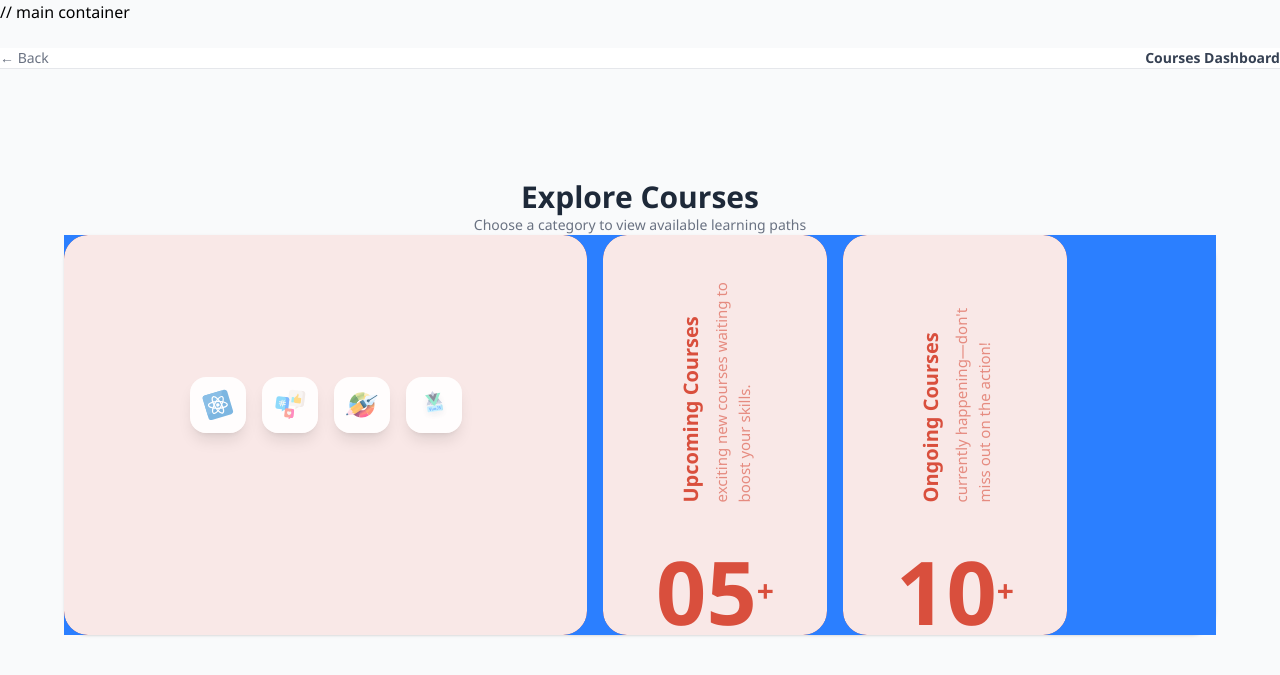
Repository: RahulRajKhadka/nextjs-dashboard-app
Page: /task2
The author's editor kept a copy of each file at every save. The page is drawn from the files as they stood at one save, then again after a run of saves.
The browser window is 1280 px wide. The pictures show the whole page.
The project was rebuilt for these pictures with package versions that can differ from the ones it lists, and the page was loaded fresh each time. The framework's server and built-in components were replaced by stand-ins that run in the browser. Also part of the build but not shown: next.config.ts.

Above is the page before, as saved 2026-04-10 15:48:03.

### src/app/layout.tsx
import type { Metadata } from "next";
import "./globals.css";

export const metadata: Metadata = {
  title: "SkillShikshya Tasks",
  description: "Frontend & Logical Tasks",
};

export default function RootLayout({
  children,
}: {
  children: React.ReactNode;
}) {
  return (
    <html lang="en">
      <body>{children}</body>
    </html>
  );
}

### src/app/task2/page.tsx
"use client";
import dynamic from "next/dynamic";
import Link from "next/link";

const CourseCards = dynamic(() => import("@/components/task2/CourseCards"), {
  loading: () => (
    <div className="flex items-center justify-center h-[300px] text-gray-400 text-sm">
      Loading courses...
    </div>
  ),
  ssr: false,
});

export default function Task2Page() {
  return (
    <main className="min-h-screen bg-gray-50 flex flex-col gap-6 "> // main container

      {/* Top Bar */}
      <div className="flex items-center justify-between px-6 md:px-10 py-4 border-b border-gray-200 bg-white">
        <Link
          href="/"
          className="text-sm text-gray-500 hover:text-gray-900 transition-colors"
        >
          ← Back
        </Link>

        <span className="text-sm font-semibold text-gray-700">
          Courses Dashboard
        </span>
      </div>

      {/* Centered Content */}
      <div className="flex-1 flex items-center justify-center px-4 py-10">

        <div className="w-full max-w-6xl">

          {/* Heading */}
          <div className="mb-8 text-center mt-10">
            <h1 className="text-3xl font-bold text-gray-800">
              Explore Courses
            </h1>
            <p className="text-gray-500 text-sm mt-2">
              Choose a category to view available learning paths
            </p>
          </div>

          {/* Cards */}
          <div className="bg-white rounded-3xl shadow-sm p-4 md:p-6">
            <CourseCards />
          </div>

        </div>

      </div>
    </main>
  );
}

### src/app/globals.css
@import "tailwindcss";

* {
  margin: 0;
  padding: 0;
  box-sizing: border-box;
}

html {
  scroll-behavior: smooth;
}

body {
  font-family: "Segoe UI", sans-serif;
  background-color: #f5f5f5;
}

.vertical-text {
  writing-mode: vertical-rl;
  transform: rotate(180deg);
}

### src/components/task2/CourseCards.tsx
"use client";

import { useState, useRef, useLayoutEffect } from "react";
import CourseCard from "./CourseCard";
import { courseCardsData } from "./courseCardsData";
import gsap from "gsap";

export default function CourseCards() {
  const [expandedId, setExpandedId] = useState<number>(1);
  const [directionMap, setDirectionMap] = useState<Map<number, "left" | "right">>(new Map());

  const cardRefs = useRef<(HTMLDivElement | null)[]>([]);
  const labelRefs = useRef<(HTMLDivElement | null)[]>([]); // Store label refs
  const numberRefs = useRef<(HTMLDivElement | null)[]>([]); // Store number refs
  const containerRef = useRef<HTMLDivElement>(null);
  const expandedWidth = useRef(0);
  const collapsedWidth = useRef(0);
  const isAnimating = useRef(false);

  useLayoutEffect(() => {
    const container = containerRef.current;
    if (!container) return;

    const totalWidth = container.clientWidth;
    const gap = 16;
    const totalGap = gap * (courseCardsData.length - 1);
    const unit = (totalWidth - totalGap) / courseCardsData.length;

    expandedWidth.current = unit * 1.4;
    collapsedWidth.current = unit * 0.6;

    const initialDirectionMap = new Map<number, "left" | "right">();
    courseCardsData.forEach((course, index) => {
      const initialDirection = index === 0 ? "right" : "left";
      initialDirectionMap.set(course.id, initialDirection);
    });
    setDirectionMap(initialDirectionMap);

    cardRefs.current.forEach((el, i) => {
      if (el) {
        gsap.set(el, {
          width: courseCardsData[i].id === 1 ? expandedWidth.current : collapsedWidth.current,
        });
      }
    });
  }, []);

  const getDirectionForCard = (clickedId: number, currentExpandedId: number): "left" | "right" => {
    const clickedIndex = courseCardsData.findIndex((c) => c.id === clickedId);
    const expandedIndex = courseCardsData.findIndex((c) => c.id === currentExpandedId);

    if (clickedIndex === 0) return "right";
    if (clickedIndex === courseCardsData.length - 1) return "left";

    if (clickedIndex < expandedIndex) return "right";
    return "left";
  };

  const handleCardClick = (courseId: number) => {
    if (courseId === expandedId || isAnimating.current) return;

    const newDirection = getDirectionForCard(courseId, expandedId);
    const prevIndex = courseCardsData.findIndex((c) => c.id === expandedId);
    const newIndex = courseCardsData.findIndex((c) => c.id === courseId);

    isAnimating.current = true;

    const tl = gsap.timeline({
      onComplete: () => {
        isAnimating.current = false;
      },
    });

    setDirectionMap(prev => {
      const newMap = new Map(prev);
      newMap.set(courseId, newDirection);
      return newMap;
    });

    // Get label and number elements for animation
    const oldLabel = labelRefs.current[prevIndex];
    const newLabel = labelRefs.current[newIndex];
    const oldNumber = numberRefs.current[prevIndex];
    const newNumber = numberRefs.current[newIndex];
    const courseData = courseCardsData[newIndex];

    // Animate old card collapse
    tl.to(cardRefs.current[prevIndex], {
      width: collapsedWidth.current,
      duration: 0.5,
      ease: "power3.inOut",
    }, 0);

    // Animate old label back to collapsed state
    if (oldLabel) {
      tl.to(oldLabel, {
        rotation: -90,
        x: 0,
        y: 0,
        color: courseData.textColor,
        duration: 0.5,
        ease: "power2.inOut",
      }, 0);
    }

    // Animate old number color
    if (oldNumber) {
      tl.to(oldNumber, {
        color: courseData.textColor,
        duration: 0.3,
      }, 0);
    }

    // Update expanded ID mid-timeline
    tl.call(() => {
      setExpandedId(courseId);
    }, null, 0.25);

    // Animate new card expansion
    tl.to(cardRefs.current[newIndex], {
      width: expandedWidth.current,
      duration: 0.5,
      ease: "power3.inOut",
    }, 0.25);

    // Animate new label to expanded position
    if (newLabel && newNumber) {
      const labelRect = newLabel.getBoundingClientRect();
      const numberRect = newNumber.getBoundingClientRect();

      const targetX = numberRect.right + 16 - (labelRect.left + labelRect.width / 2);
      const targetY = numberRect.bottom - labelRect.height / 2 - labelRect.top - labelRect.height / 2;

      tl.fromTo(newLabel,
        {
          rotation: -90,
          x: 0,
          y: 0,
          color: courseData.textColor,
        },
        {
          rotation: 0,
          x: targetX,
          y: targetY,
          color: "#ffffff",
          duration: 0.5,
          ease: "back.out(0.3)",
        }, 0.25
      );
    }

    // Animate new number color
    if (newNumber) {
      tl.to(newNumber, {
        color: "#ffffff",
        duration: 0.3,
      }, 0.4);
    }
  };

  return (
    <div ref={containerRef} className="flex  gap-4 box-border w-full my-8 bg-blue-500  min-h-[200px] md:min-h-[200px] lg:min-h-[400px] ">
      {courseCardsData.map((course, i) => (
        <div
          key={course.id}
          ref={(el) => {
            cardRefs.current[i] = el;
          }}
          className="shrink-0 overflow-hidden my-auto rounded-3xl"
        >
          <CourseCard
            course={course}
            isExpanded={expandedId === course.id}
            direction={directionMap.get(course.id) || (i === 0 ? "right" : "left")}
            isLeftmost={i === 0}
            onClick={() => handleCardClick(course.id)}
            labelRef={(el) => { labelRefs.current[i] = el; }}
            numberRef={(el) => { numberRefs.current[i] = el; }}
          />
        </div>
      ))}
    </div>
  );
}

### src/components/task2/CourseCard.tsx
"use client";

import Image from "next/image";
import { useRef, useLayoutEffect } from "react";
import { CourseCard as CourseCardType } from "@/types";
import gsap from "gsap";

interface Props {
  course: CourseCardType;
  isExpanded: boolean;
  onClick: () => void;
  direction: "left" | "right";
  isLeftmost?: boolean;
}

export default function CourseCard({
  course,
  isExpanded,
  onClick,
  direction,
  isLeftmost = false,
}: Props) {
  const numberRef = useRef<HTMLDivElement>(null);
  const collapsedLabelRef = useRef<HTMLDivElement>(null);
  const iconsRef = useRef<(HTMLSpanElement | null)[]>([]);
  const topbarRef = useRef<HTMLDivElement>(null);
  const expandedViewRef = useRef<HTMLDivElement>(null);
  const circleRef = useRef<HTMLDivElement>(null);

  useLayoutEffect(() => {
    if (!numberRef.current || !collapsedLabelRef.current) return;

    if (isExpanded) {
      // Create a timeline for smooth coordination
      const tl = gsap.timeline();

      // Show expanded view
      gsap.set(expandedViewRef.current, { display: "grid" });

      // Measure label and number positions
      const labelRect = collapsedLabelRef.current.getBoundingClientRect();
      const numberRect = numberRef.current.getBoundingClientRect();

      // Calculate target position (beside number with 16px gap)
      const targetX = numberRect.right + 16 - (labelRect.left + labelRect.width / 2);
      const targetY = numberRect.bottom - labelRect.height / 2 - labelRect.top - labelRect.height / 2;

      // 1. Circle wipe animation
      tl.to(circleRef.current, {
        clipPath: "circle(0% at 0% 100%)",
        duration: 1,
        ease: "power3.inOut",
      }, 0);

      // 2. Label animation (rotate + move) - starts at same time
      tl.fromTo(collapsedLabelRef.current,
        {
          rotation: -90,
          x: 0,
          y: 0,
          color: course.textColor,
        },
        {
          rotation: 0,
          x: 180,
          y: 188,
          color: "#ffffff",
          duration: 0.8,
          ease: "back.out(0.3)",
        }, 0
      );

      // 3. Number color change
      tl.to(numberRef.current, {
        color: "#ffffff",
        duration: 0.4,
      }, 0.2);

      // 4. Top bar animation
      const topbarFromX = direction === "left" ? 60 : -60;
      tl.fromTo(topbarRef.current,
        { opacity: 0, y: -15, x: topbarFromX },
        {
          opacity: 1,
          y: 0,
          x: 0,
          duration: 0.5,
          ease: "power2.out",
        }, 0.3
      );

      // 5. Icons animation (staggered)
      const iconsFromX = direction === "left" ? 120 : -120;
      gsap.set(iconsRef.current, { x: iconsFromX, opacity: 0 });
      iconsRef.current.forEach((icon, i) => {
        tl.to(icon, {
          x: 0,
          opacity: 1,
          duration: 0.4,
          ease: "power2.out",
        }, 0.4 + i * 0.08);
      });

    } else {
      // COLLAPSE ANIMATIONS - Smooth reverse
      const tl = gsap.timeline();

      // 1. Circle expands back
      tl.to(circleRef.current, {
        clipPath: "circle(130% at 0% 80%)",
        duration: 0.8,
        ease: "power3.inOut",
      }, 0);

      // 2. Label returns to collapsed position
      tl.to(collapsedLabelRef.current, {
        rotation: -90,
        x: 0,
        y: 0,
        color: course.textColor,
        duration: 0.6,
        ease: "power2.inOut",
      }, 0);

      // 3. Number color returns
      tl.to(numberRef.current, {
        color: course.textColor,
        duration: 0.3,
      }, 0.1);

      // 4. Hide expanded view
      tl.set(expandedViewRef.current, {
        display: "none"
      }, 0.3);

      // 5. Reset icons and topbar
      tl.set(iconsRef.current, {
        clearProps: "x,opacity"
      }, 0.4);

      tl.set(topbarRef.current, {
        clearProps: "x,y,opacity"
      }, 0.4);
    }
  }, [isExpanded, direction, course.textColor]);

  return (
    <div
      onClick={onClick}
      className="relative rounded-3xl overflow-hidden cursor-pointer h-full w-full"
      style={{ backgroundColor: course.bgExpanded }}
    >
      {/* Background circle */}
      <div
        ref={circleRef}
        className="absolute inset-0 z-[1]"
        style={{
          backgroundColor: course.bg,
          clipPath: "circle(150% at 0% 100%)",
        }}
      />

    {!isExpanded && (
  <div className="absolute inset-0 z-[3] flex flex-col items-center justify-between pointer-events-none py-8">
    {/* Top spacer - pushes content down */}
    <div></div>

    {/* LABEL - centered area */}
    <div
      ref={collapsedLabelRef}
      className="flex flex-col gap-1"
      style={{
        transform: "rotate(-90deg)",
        transformOrigin: "center center",
        color: course.textColor
      }}
    >
      <span className="font-bold text-[20px] whitespace-nowrap" style={{ color: "inherit" }}>
        {course.label}
      </span>
      <p className="text-[15px] opacity-60 " style={{ color: "inherit" }}>
        {course.sublabel}
      </p>
    </div>

    {/* NUMBER - at bottom */}
    <div
      ref={numberRef}
      className="flex items-center justify-center"
      style={{ color: course.textColor }}
    >
      <span
        className="font-black leading-none"
        style={{
          fontSize: "clamp(3.5rem,7vw,5.5rem)",
          color: "inherit",
        }}
      >
        {String(course.count).padStart(2, "0")}
      </span>
      <span className="font-black text-3xl mb-2 ml-1" style={{ color: "inherit" }}>
        +
      </span>
    </div>
  </div>
)}

      {/* EXPANDED VIEW — topbar + icons only */}
      <div
        ref={expandedViewRef}
        className="absolute inset-0 z-[2] p-5"
        style={{
          display: isExpanded ? "grid" : "none",
          gridTemplateRows: "auto 1fr auto",
        }}
      >
        {/* Row 1: topbar */}
        <div ref={topbarRef} className="flex justify-end mt-40 opacity-0">
          <span className="text-white/80 text-sm font-medium tracking-wide">
            View all Courses →
          </span>
        </div>

        {/* Row 2: icons */}
        <div className="flex gap-4 items-center justify-center">
          {course.icons?.map((iconPath, i) => (
            <span
              key={i}
              ref={(el) => (iconsRef.current[i] = el)}
              className="w-14 h-14 rounded-2xl bg-white/90 backdrop-blur-sm flex items-center justify-center shadow-lg"
            >
              <Image src={iconPath} alt="" width={32} height={32} className="opacity-80" />
            </span>
          ))}
        </div>

        {/* Row 3: empty spacer */}
        <div className="h-20" />
      </div>
    </div>
  );
}

### src/components/task2/courseCardsData.ts
import { CourseCard } from "@/types";

export const courseCardsData: CourseCard[] = [
  {
    id: 1,
    count: "23",
    label: "All Courses",
    sublabel: "courses you're powering through right now.",
    bg: "#F9E8E7",        // ← was "#D94F3D", should be light pink
    textColor: "#D94F3D",  // ← was "white", red for collapsed state
    bgExpanded: "#D94F3D",
    icons: ["/images/react.svg", "/images/likes.svg", "/images/design.svg", "/images/view.svg"],
  },
  {
    id: 2,
    count: "05",
    label: "Upcoming Courses",
    sublabel: "exciting new courses waiting to boost your skills.",
    bg: "#F9E8E7",
    textColor: "#D94F3D",
    bgExpanded: "#D94F3D",
    icons: ["/images/react.svg", "/images/likes.svg", "/images/design.svg", "/images/view.svg"],
  },
  {
    id: 3,
    count: "10",
    label: "Ongoing Courses",
    sublabel: "currently happening—don't miss out on the action!",
    bg: "#F9E8E7",
    textColor: "#D94F3D",
    bgExpanded: "#D94F3D",
    icons: ["/images/react.svg", "/images/likes.svg", "/images/design.svg", "/images/view.svg"],
  },
];

After the next 2 saves:
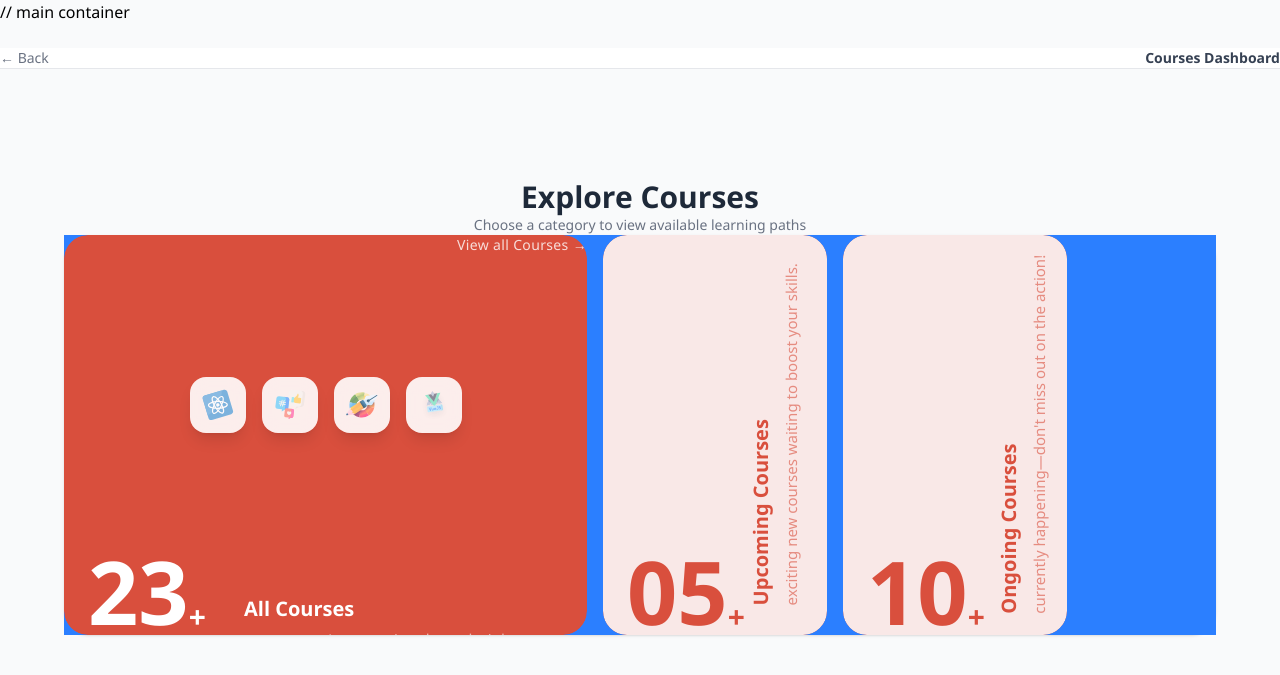
The 2 saves are shown as one change because they came seconds apart.
The last was saved 24 s later.
--- a/src/components/task2/CourseCard.tsx
+++ b/src/components/task2/CourseCard.tsx
@@ -160,50 +160,42 @@ export default function CourseCard({
         }}
       />
 
-    {!isExpanded && (
-  <div className="absolute inset-0 z-[3] flex flex-col items-center justify-between pointer-events-none py-8">
-    {/* Top spacer - pushes content down */}
-    <div></div>
-
-    {/* LABEL - centered area */}
-    <div
-      ref={collapsedLabelRef}
-      className="flex flex-col gap-1"
-      style={{
-        transform: "rotate(-90deg)",
-        transformOrigin: "center center",
-        color: course.textColor
-      }}
-    >
-      <span className="font-bold text-[20px] whitespace-nowrap" style={{ color: "inherit" }}>
-        {course.label}
-      </span>
-      <p className="text-[15px] opacity-60 " style={{ color: "inherit" }}>
-        {course.sublabel}
-      </p>
-    </div>
-
-    {/* NUMBER - at bottom */}
-    <div
-      ref={numberRef}
-      className="flex items-center justify-center"
-      style={{ color: course.textColor }}
-    >
-      <span
-        className="font-black leading-none"
-        style={{
-          fontSize: "clamp(3.5rem,7vw,5.5rem)",
-          color: "inherit",
-        }}
-      >
-        {String(course.count).padStart(2, "0")}
-      </span>
-      <span className="font-black text-3xl mb-2 ml-1" style={{ color: "inherit" }}>
-        +
-      </span>
-    </div>
-  </div>
-)}
+      {/* NUMBER — always bottom-left */}
+      <div className="absolute bottom-0 left-6 z-[3] flex items-end p-4 pointer-events-none">
+        <div ref={numberRef} className="flex items-end" style={{ color: course.textColor }}>
+          <span
+            className="font-black leading-none"
+            style={{
+              fontSize: "clamp(3.5rem,7vw,5.5rem)",
+              color: "inherit",
+            }}
+          >
+            {String(course.count).padStart(2, "0")}
+          </span>
+          <span className="font-black text-3xl mb-2 ml-1" style={{ color: "inherit" }}>
+            +
+          </span>
+        </div>
+      </div>
+
+      {/* SINGLE LABEL — starts centered, rotates and moves on expand */}
+      <div className="absolute  inset-0 z-[4] right-[100px] flex items-center  pointer-events-none">
+        <div
+          ref={collapsedLabelRef}
+          className="flex flex-col gap-1"
+          style={{
+            transform: "rotate(-90deg)",
+            color: course.textColor,
+          }}
+        >
+          <span className="font-bold text-[20px] whitespace-nowrap" style={{ color: "inherit" }}>
+            {course.label}
+          </span>
+          <p className="text-[15px] opacity-60 whitespace-nowrap" style={{ color: "inherit" }}>
+            {course.sublabel}
+          </p>
+        </div>
+      </div>
 
       {/* EXPANDED VIEW — topbar + icons only */}
       <div
